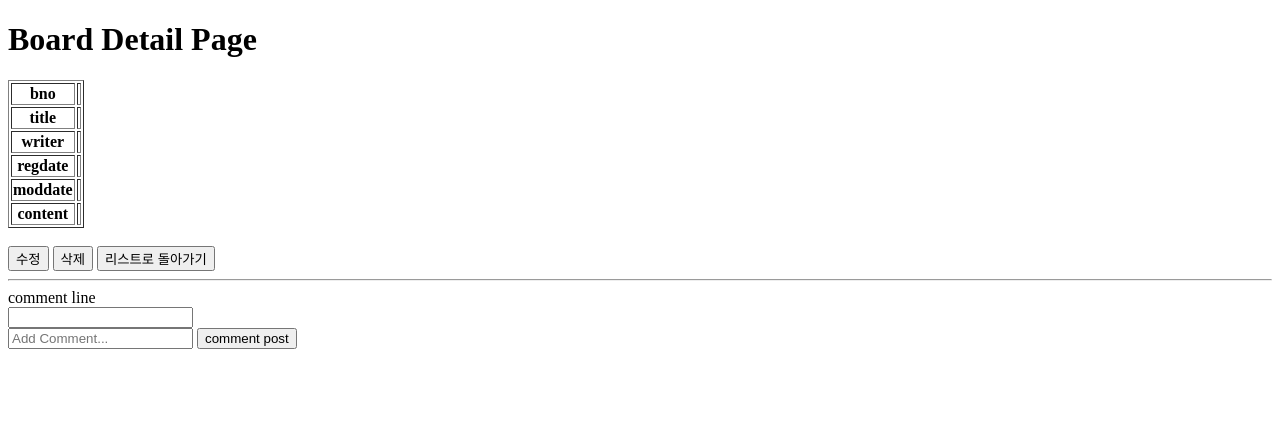
Repository: gajami-kim/jspStudy240430
Page: http://localhost/jsp_study/board/detail.jsp
The author's editor kept a copy of each file at every save. The page is drawn from the files as they stood at one save, then again after the next save.
The browser window is 1280 px wide. The pictures show the whole page.
The page is served by Tomcat 9. Other server files are loaded and not shown. The template is opened directly, without the code that normally fills it, so the values that code supplies are empty.

Above is the page before, as saved 2024-04-18 01:40:06.

### jsp_study/src/main/webapp/board/detail.jsp
<%@ page language="java" contentType="text/html; charset=UTF-8"
    pageEncoding="UTF-8"%>
    <%@ taglib uri="http://java.sun.com/jsp/jstl/core" prefix="c"%>
<!DOCTYPE html>
<html>
<head>
<meta charset="UTF-8">
<title>Insert title here</title>
</head>
<body>
	<h1>Board Detail Page</h1>

	<table border="1">
		<tr>
			<th>bno</th>
			<td>${bvo.bno }</td>
		</tr>
		<tr>
			<th>title</th>
			<td>${bvo.title }</td>
		</tr>
		<tr>
			<th>writer</th>
			<td>${bvo.writer }</td>
		</tr>
		<tr>
			<th>regdate</th>
			<td>${bvo.regdate }</td>
		</tr>
		<tr>
			<th>moddate</th>
			<td>${bvo.moddate }</td>
		</tr>
		<tr>
			<th>content</th>
			<td>${bvo.content }</td>
		</tr>
	</table>
	<br>

	<c:if test="${bvo.writer eq ses.id}">
		<a href="/brd/modify?bno=${bvo.bno }"><button>수정</button></a>
		<a href="/brd/remove?bno=${bvo.bno }"><button>삭제</button></a>
	</c:if>
	<a href="/brd/list"><button>리스트로 돌아가기</button></a>

	<!-- comment line -->
	<hr>
	<div>
		comment line <br>
		<input type="text" id="cmtWriter" value="${ses.id }" readonly="readonly"> <br>
		<input type="text" id="cmtText" placeholder="Add Comment...">
		<button type="button" id="cmtAddBtn">comment post</button>
	</div>
</body>
</html>

After the next save:
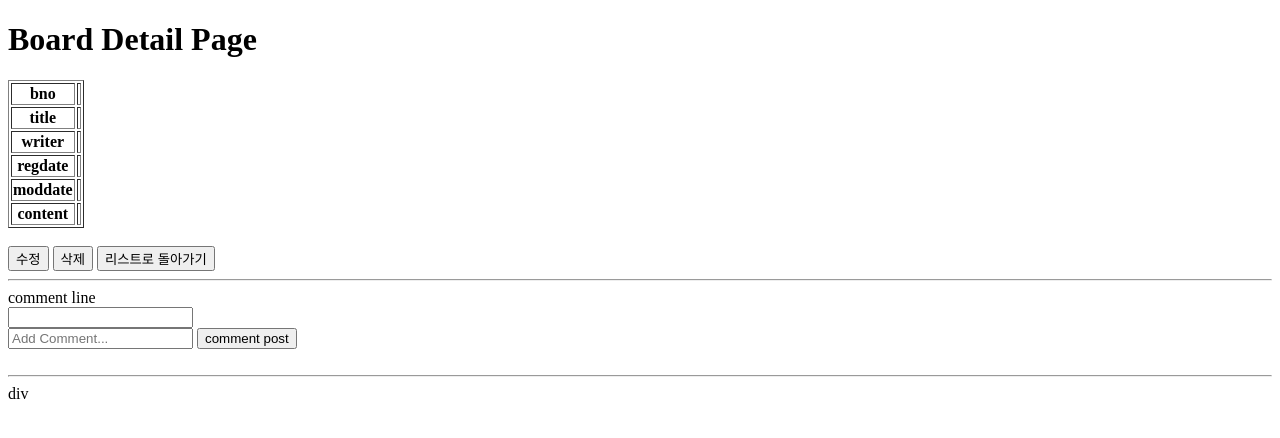
Saved 44 s later.
--- a/jsp_study/src/main/webapp/board/detail.jsp
+++ b/jsp_study/src/main/webapp/board/detail.jsp
@@ -46,11 +46,16 @@
 
 	<!-- comment line -->
 	<hr>
+	<!-- comment 등록 -->
 	<div>
 		comment line <br>
 		<input type="text" id="cmtWriter" value="${ses.id }" readonly="readonly"> <br>
 		<input type="text" id="cmtText" placeholder="Add Comment...">
 		<button type="button" id="cmtAddBtn">comment post</button>
 	</div>
+	<br>
+	<hr>
+	<!-- comment 출력 -->
+	div
 </body>
 </html>
